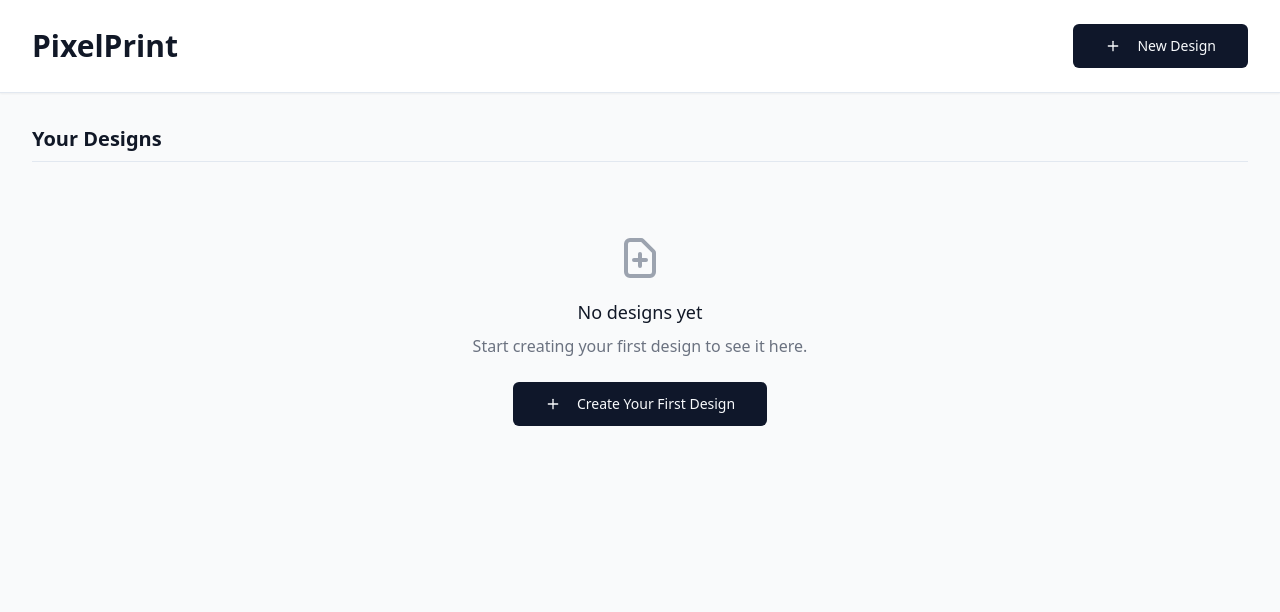
Repository: notankith/pixelprintv3
Page: /
An editor plug-in stored every save of this project. The page is shown before and after the next save, followed by the edit.
The browser window is 1280 px wide. The pictures show the whole page.
The page's requests for data from a server got no answer. The project was rebuilt for these pictures with package versions that can differ from the ones it lists, and the page was loaded fresh each time. No one was signed in, and anything a server would have sent is missing. Also part of the build but not shown: vite.config.ts, src/components/ui/tooltip.tsx, src/components/ui/badge.tsx, src/components/canvas/CanvasEditor.tsx, src/components/ui/input.tsx, src/components/ui/label.tsx, src/components/ui/select.tsx, src/components/ui/checkbox.tsx and 5 more.

Above is the page before, as saved 2025-09-06 14:38:11.

After the next save:
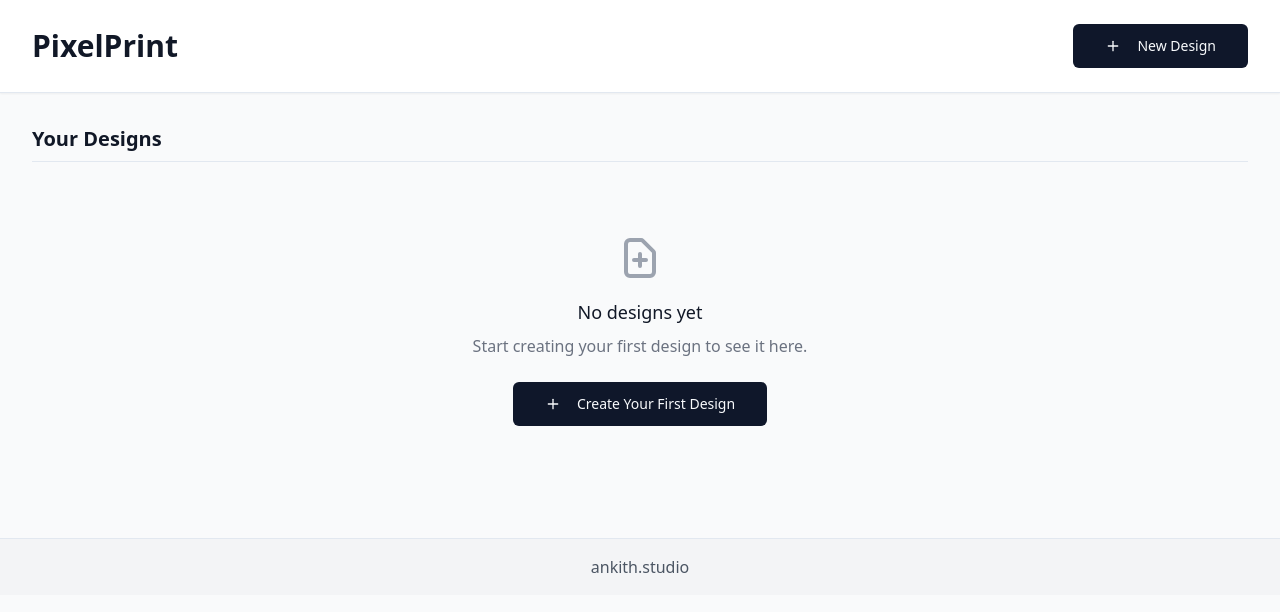
Saved 48 s later.
--- a/src/components/Dashboard.tsx
+++ b/src/components/Dashboard.tsx
@@ -312,6 +312,12 @@ export const Dashboard: React.FC<DashboardProps> = ({ onNavigateToEditor }) => {
           </div>
         )}
       </div>
+      {/* Footer with developer credits */}
+      <footer className="w-full bg-gray-100 text-center py-4 mt-8 border-t">
+        <a href="https://ankith.studio" target="_blank" rel="noopener noreferrer" className="text-gray-600 hover:text-gray-800 font-medium">
+          ankith.studio
+        </a>
+      </footer>
     </div>
   );
 };
